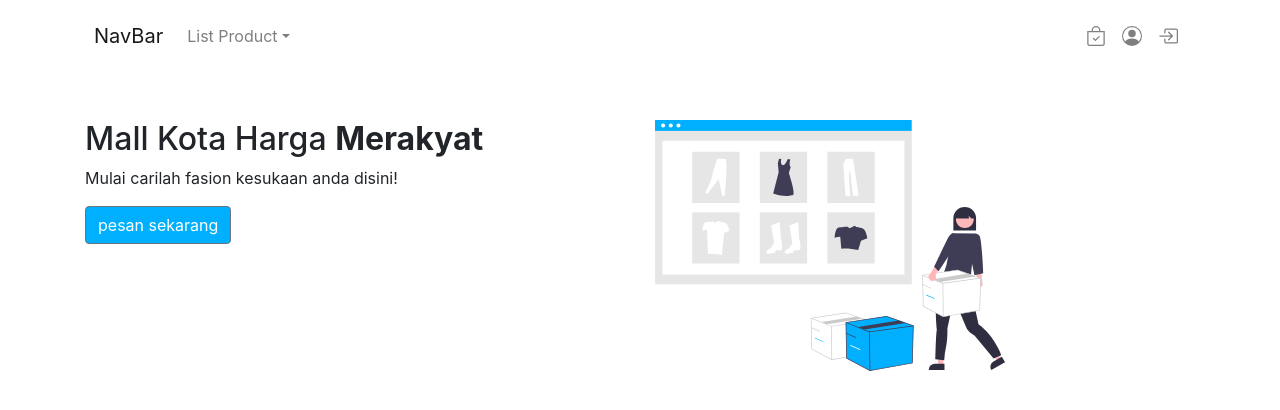
Repository: AHSANS354/ecommerce-catalog
Page: /
An editor plug-in stored every save of this project. The page is shown before and after the next save, followed by the edit.
The browser window is 1280 px wide. The pictures show the whole page.
The project was rebuilt for these pictures with package versions that can differ from the ones it lists, and the page was loaded fresh each time. Also part of the build but not shown: vue.config.js.

Above is the page before, as saved 2023-03-01 16:22:39.

After the next save:
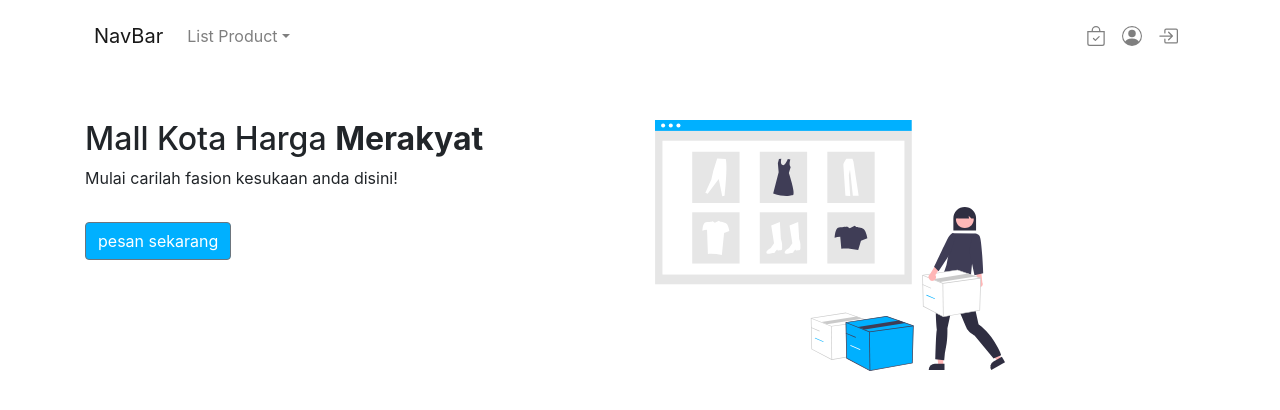
Saved 57 s later.
--- a/src/views/HomeView.vue
+++ b/src/views/HomeView.vue
@@ -7,7 +7,7 @@
           <h2>Mall Kota Harga <strong>Merakyat</strong></h2>
           <p>Mulai carilah fasion kesukaan anda disini!</p>
 
-          <b-button> pesan sekarang </b-button>
+          <b-button class="mt-3"> pesan sekarang </b-button>
         </div>
         <div class="col-md-6">
           <img
